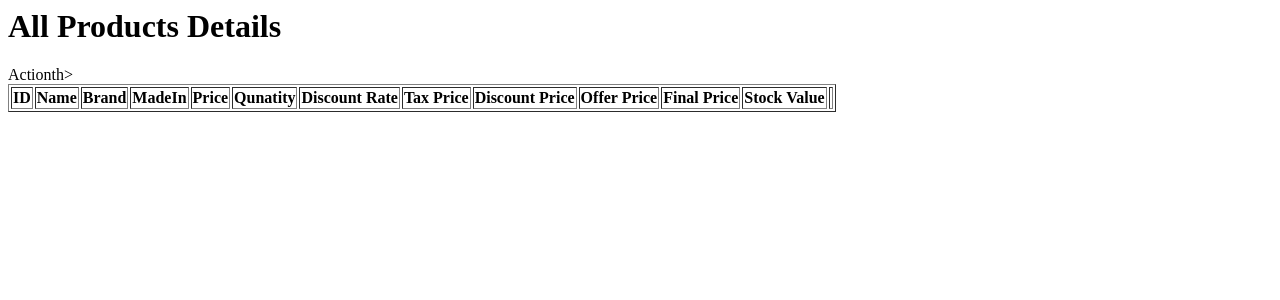
Repository: PrathipatiRamya/SpringBootMVC
Page: http://localhost/all-products
The author's editor kept a copy of each file at every save. The page is drawn from the files as they stood at one save, then again after the next save.
The browser window is 1280 px wide. The pictures show the whole page.
The page is this project's Thymeleaf template; nobody is signed in. The template is opened directly, without the code that normally fills it, so the values that code supplies are empty.

Above is the page before, as saved 2024-12-21 07:11:25.

After the next save:
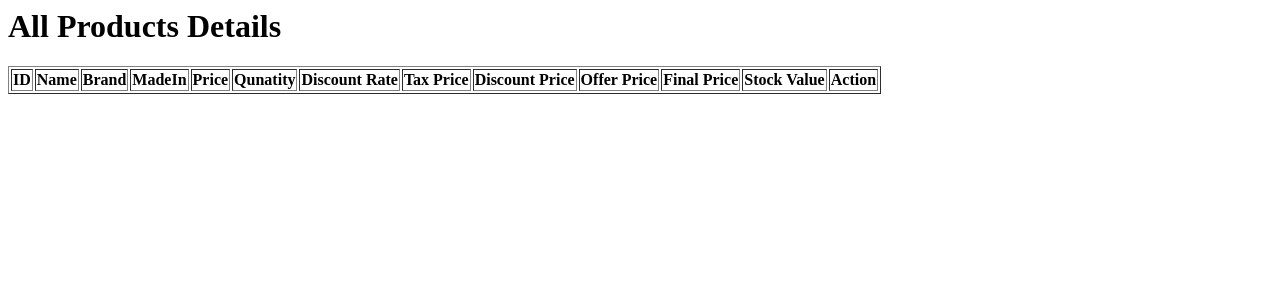
Saved 103 s later.
--- a/product.springbootMvc/src/main/resources/templates/all-products.html
+++ b/product.springbootMvc/src/main/resources/templates/all-products.html
@@ -6,7 +6,7 @@
 		<h1>All Products Details</h1>
 		<table border="1">
 			<thead>
-				<tr>
+				<t>
 					<th>ID</th>
 					<th>Name</th>
 					<th>Brand</th>
@@ -19,7 +19,7 @@
 					<th>Offer Price</th>
 					<th>Final Price</th>
 					<th>Stock Value</th>
-					<th></th>Action</tr>th>
+					<th>Action</th>
 				</tr>
 			</thead>
 			<tbody>
